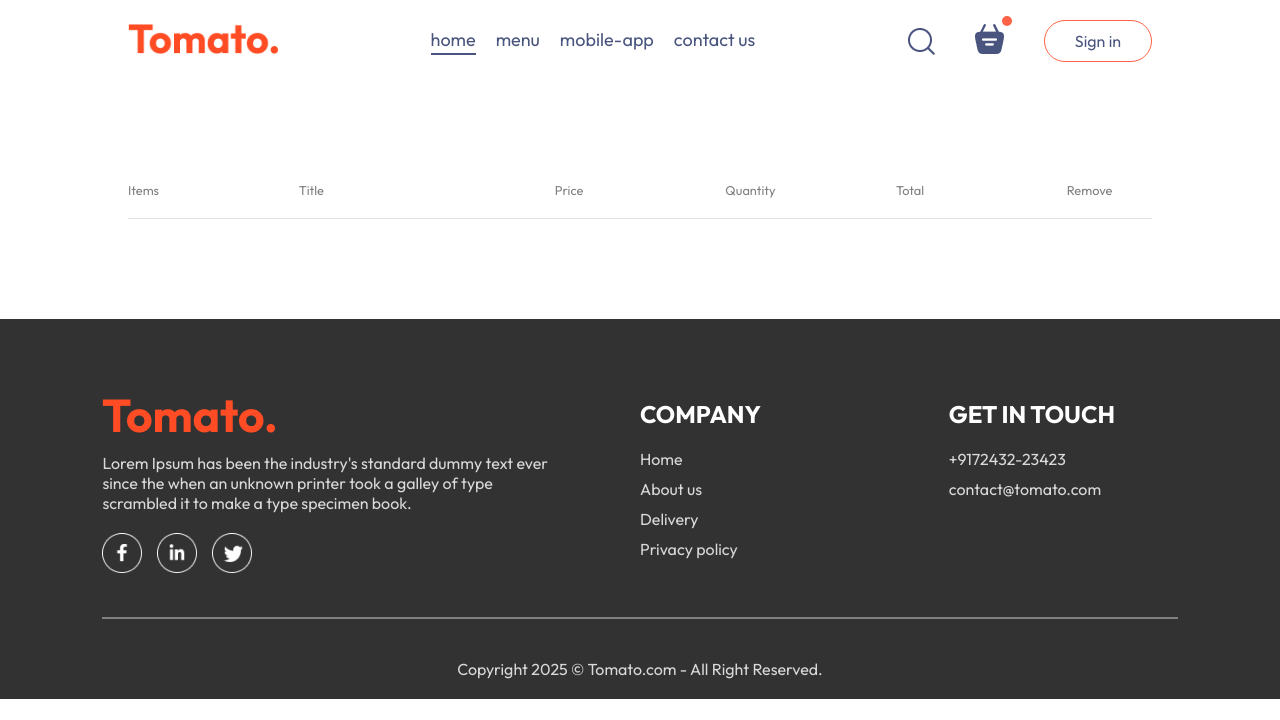
Repository: KartikChouhan03/food-delivery-app
Page: /cart (app in frontend/)
These files come from the project's save history. The page is drawn as it stood at one moment and after the next save; the edit follows.
The browser window is 1280 px wide. The pictures show the whole page.
Some web fonts or font styles are not loaded; a fallback is used. The project was rebuilt for these pictures with package versions that can differ from the ones it lists, and the page was loaded fresh each time. Also part of the build but not shown: frontend/vite.config.js, frontend/src/components/Header/Header.css, frontend/src/components/Header/Header.jsx, frontend/src/components/ExploreMenu/ExploreMenu.css, frontend/src/components/ExploreMenu/ExploreMenu.jsx, frontend/src/components/FoodDisplay/FoodDisplay.css, frontend/src/components/FoodItem/FoodItem.css, frontend/src/components/FoodItem/FoodItem.jsx and 8 more.

Above is the page before, as saved 2025-08-16 12:37:17.

### frontend/index.html
<!doctype html>
<html lang="en">
  <head>
    <meta charset="UTF-8" />
    <link rel="icon" type="image/svg+xml" href="" />
    <meta name="viewport" content="width=device-width, initial-scale=1.0" />
    <title>Foodify</title>
  </head>
  <body>
    <div id="root"></div>
    <script type="module" src="/src/main.jsx"></script>
  </body>
</html>

### frontend/src/main.jsx
import { createRoot } from 'react-dom/client'
import './index.css'
import App from './App.jsx'
import { BrowserRouter} from 'react-router-dom'
import StoreContextProvider from './context/StoreContext.jsx'


createRoot(document.getElementById('root')).render(
  <BrowserRouter>
    <StoreContextProvider>
      <App />
    </StoreContextProvider>
  </BrowserRouter>


)

### frontend/src/index.css

@import url('https://fonts.googleapis.com/css2?family=Montserrat:ital,wght@0,100..900;1,100..900&family=Outfit:wght@100..900&family=Playfair+Display:ital,wght@0,400..900;1,400..900&display=swap');


*{
  padding: 0;
  margin: 0;
  box-sizing: border-box;
  font-family: Outfit;
  scroll-behavior: smooth;
}

body{
  min-height: 100vh;
}

a{
  text-decoration: none;
  color: inherit;
}

.app{
  width: 80%;
  margin: auto;
}

@keyframes fadeIn{
  0%{
    opacity: 0;
  }
  100%{
    opacity: 1;
  }
}

### frontend/src/App.jsx
import React, { useState } from 'react'
import Navbar from './components/Navbar/Navbar'
import { Route, Routes } from 'react-router-dom'
import Home from './pages/Home/Home'
import Cart from './pages/Cart/Cart'
import PlaceOrder from './pages/PlaceOrder/PlaceOrder'
import Footer from './components/Footer/Footer'
import LoginPopup from './components/LoginPopup/LoginPopup'


const App = () => {

  const [showLogin,setShowLogin] = useState(false)


  return (
    <>
    {showLogin?<LoginPopup setShowLogin={setShowLogin}/>:<></>}
      <div className='app'>
        <Navbar setShowLogin={setShowLogin} />
        <Routes>
          <Route path="/" element={<Home />} />
          <Route path="/cart" element={<Cart />} />
          <Route path="/order" element={<PlaceOrder/>} />
        </Routes>
      </div>
      <Footer/>
    </>

  )
}

export default App

### frontend/src/context/StoreContext.jsx
import { createContext, useEffect, useState } from "react";
import { food_list } from "../assets/assets";


export const StoreContext = createContext(null)

const StoreContextProvider = (props) =>{

    const [cartItems, setCartItems] = useState({});

    const addToCart =(itemId)=>{
        if(!cartItems[itemId]){
            setCartItems((prev)=>({...prev,[itemId]:1}))
        }
        else{
            setCartItems((prev)=>({...prev,[itemId]:prev[itemId]+1}))
        }
    }

    const removeFromCart =(itemId) =>{
        setCartItems((prev)=>({...prev,[itemId]:prev[itemId]-1}))
    }

    useEffect(()=>{
        console.log(cartItems);
    },[cartItems])


    const contextValue = {
        food_list,
        cartItems,
        setCartItems,
        addToCart,
        removeFromCart,
    }



    return (
        <StoreContext.Provider value ={contextValue}>
            {props.children}
        </StoreContext.Provider>
    )

}

export default StoreContextProvider;

### frontend/src/components/Navbar/Navbar.jsx
import React, { useState } from 'react'
import './Navbar.css'
import {assets} from '../../assets/assets.js'
import {Link} from 'react-router-dom';

const Navbar = ({setShowLogin}) => {

  const [menu,setMenu] = useState("home");


  return (
    <div className='navbar'>
      <Link to='/'><img className='logo' src={assets.logo} alt="" /></Link>
      <ul className='navbar-menu'>
        <Link to='/' onClick={()=>setMenu("home")} className={menu==="home"?"active":""}>home</Link>
        <a href='#explore-menu' onClick={()=>setMenu("menu")} className={menu==="menu"?"active":""}>menu</a>
        <a href='#app-download' onClick={()=>setMenu("mobile-app")} className={menu==="mobile-app"?"active":""}>mobile-app</a>
        <a href='#footer' onClick={()=>setMenu("contact-us")} className={menu==="contact-us"?"active":""}>contact us</a>
      </ul>
      <div className="navbar-right">
        <img src={assets.search_icon} alt="" />
        <div className='navbar-search-icon'>
          <Link to='/cart'><img src={assets.basket_icon} alt="" /></Link>
          <div className='dot'></div>
        </div>
        <button onClick={()=>setShowLogin(true)}>Sign in</button>
      </div>
    </div>
  )
}

export default Navbar

### frontend/src/pages/Cart/Cart.jsx
import React, { useContext } from 'react'
import './Cart.css'
import { StoreContext } from '../../context/StoreContext'

const Cart = () => {

  const {cartItems, food_list, removeFromCart} = useContext(StoreContext);

  return (
    <div className='cart'>
      <div className="cart-items">
        <div className="cart-items-title">
          <p>Items</p>
          <p>Title</p>
          <p>Price</p>
          <p>Quantity</p>
          <p>Total</p>
          <p>Remove</p>
        </div>
        <br />
        <hr />
        {food_list.map((item,index)=>{
          if(cartItems[item._id]>0){
            return (
              <div>
                <div  className='cart-items-title cart-items-item'>
                  <img src={item.image} alt="" />
                  <p>{item.name}</p>
                  <p>₹{item.price}</p>
                  <p>{cartItems[item._id]}</p>
                  <p>₹{item.price*cartItems[item._id]}</p>
                  <p className='cross' onClick={()=>removeFromCart(item._id)}>x</p>
                </div>
                <hr />
              </div>

            )
          }
        })}
      </div>
    </div>
  )
}

export default Cart

### frontend/src/components/Footer/Footer.jsx
import React from 'react'
import './Footer.css'
import { assets } from '../../assets/assets'

const Footer = () => {
  return (
    <div className='footer' id='footer'>
      <div className="footer-content">
        <div className="footer-content-left">
            <img src={assets.logo} alt="" />
            <p>Lorem Ipsum has been the industry's standard dummy text ever since the when an unknown printer took a galley of type scrambled it to make a type specimen book.</p>
            <div className="footer-social-icons">
                <img src={assets.facebook_icon} alt="" />
                <img src={assets.linkedin_icon} alt="" />
                <img src={assets.twitter_icon} alt="" />
            </div>
        </div>
        <div className='footer-content-center'>
            <h2>COMPANY</h2>
            <ul>
                <li>Home</li>
                <li>About us</li>
                <li>Delivery</li>
                <li>Privacy policy</li>
            </ul>
        </div>
        <div className="footer-content-right">
            <h2>GET IN TOUCH</h2>
            <ul>
                <li>+9172432-23423</li>
                <li>contact@tomato.com</li>
            </ul>
        </div>
      </div>
      <hr />
        <p className='footer-copyright'>Copyright 2025 © Tomato.com - All Right Reserved.</p>
    </div>
  )
}

export default Footer

### frontend/src/assets/assets.js
import basket_icon from './basket_icon.png'
import logo from './logo.png'
import header_img from './header_img.png'
import search_icon from './search_icon.png'
import menu_1 from './menu_1.png'
import menu_2 from './menu_2.png'
import menu_3 from './menu_3.png'
import menu_4 from './menu_4.png'
import menu_5 from './menu_5.png'
import menu_6 from './menu_6.png'
import menu_7 from './menu_7.png'
import menu_8 from './menu_8.png'

import food_1 from './food_1.png'
import food_2 from './food_2.png'
import food_3 from './food_3.png'
import food_4 from './food_4.png'
import food_5 from './food_5.png'
import food_6 from './food_6.png'
import food_7 from './food_7.png'
import food_8 from './food_8.png'
import food_9 from './food_9.png'
import food_10 from './food_10.png'
import food_11 from './food_11.png'
import food_12 from './food_12.png'
import food_13 from './food_13.png'
import food_14 from './food_14.png'
import food_15 from './food_15.png'
import food_16 from './food_16.png'
import food_17 from './food_17.png'
import food_18 from './food_18.png'
import food_19 from './food_19.png'
import food_20 from './food_20.png'
import food_21 from './food_21.png'
import food_22 from './food_22.png'
import food_23 from './food_23.png'
import food_24 from './food_24.png'
import food_25 from './food_25.png'
import food_26 from './food_26.png'
import food_27 from './food_27.png'
import food_28 from './food_28.png'
import food_29 from './food_29.png'
import food_30 from './food_30.png'
import food_31 from './food_31.png'
import food_32 from './food_32.png'

import add_icon_white from './add_icon_white.png'
import add_icon_green from './add_icon_green.png'
import remove_icon_red from './remove_icon_red.png'
import app_store from './app_store.png'
import play_store from './play_store.png'
import linkedin_icon from './linkedin_icon.png'
import facebook_icon from './facebook_icon.png'
import twitter_icon from './twitter_icon.png'
import cross_icon from './cross_icon.png'
import selector_icon from './selector_icon.png'
import rating_starts from './rating_starts.png'
import profile_icon from './profile_icon.png'
import bag_icon from './bag_icon.png'
import logout_icon from './logout_icon.png'
import parcel_icon from './parcel_icon.png'

export const assets = {
    logo,
    basket_icon,
    header_img,
    search_icon,
    rating_starts,
    add_icon_green,
    add_icon_white,
    remove_icon_red,
    app_store,
    play_store,
    linkedin_icon,
    facebook_icon,
    twitter_icon,
    cross_icon,
    selector_icon,
    profile_icon,
    logout_icon,
    bag_icon,
    parcel_icon
}

export const menu_list = [
    {
        menu_name: "Salad",
        menu_image: menu_1
    },
    {
        menu_name: "Rolls",
        menu_image: menu_2
    },
    {
        menu_name: "Deserts",
        menu_image: menu_3
    },
    {
        menu_name: "Sandwich",
        menu_image: menu_4
    },
    {
        menu_name: "Cake",
        menu_image: menu_5
    },
    {
        menu_name: "Pure Veg",
        menu_image: menu_6
    },
    {
        menu_name: "Pasta",
        menu_image: menu_7
    },
    {
        menu_name: "Noodles",
        menu_image: menu_8
    }]

export const food_list = [
    {
        _id: "1",
        name: "Greek salad",
        image: food_1,
        price: 12,
        description: "Food provides essential nutrients for overall health and well-being",
        category: "Salad"
    },
    {
        _id: "2",
        name: "Veg salad",
        image: food_2,
        price: 18,
        description: "Food provides essential nutrients for overall health and well-being",
        category: "Salad"
    }, {
        _id: "3",
        name: "Clover Salad",
        image: food_3,
        price: 16,
        description: "Food provides essential nutrients for overall health and well-being",
        category: "Salad"
    }, {
        _id: "4",
        name: "Chicken Salad",
        image: food_4,
        price: 24,
        description: "Food provides essential nutrients for overall health and well-being",
        category: "Salad"
    }, {
        _id: "5",
        name: "Lasagna Rolls",
        image: food_5,
        price: 14,
        description: "Food provides essential nutrients for overall health and well-being",
        category: "Rolls"
    }, {
        _id: "6",
        name: "Peri Peri Rolls",
        image: food_6,
        price: 12,
        description: "Food provides essential nutrients for overall health and well-being",
        category: "Rolls"
    }, {
        _id: "7",
        name: "Chicken Rolls",
        image: food_7,
        price: 20,
        description: "Food provides essential nutrients for overall health and well-being",
        category: "Rolls"
    }, {
        _id: "8",
        name: "Veg Rolls",
        image: food_8,
        price: 15,
        description: "Food provides essential nutrients for overall health and well-being",
        category: "Rolls"
    }, {
        _id: "9",
        name: "Ripple Ice Cream",
        image: food_9,
        price: 14,
        description: "Food provides essential nutrients for overall health and well-being",
        category: "Deserts"
    }, {
        _id: "10",
        name: "Fruit Ice Cream",
        image: food_10,
        price: 22,
        description: "Food provides essential nutrients for overall health and well-being",
        category: "Deserts"
    }, {
        _id: "11",
        name: "Jar Ice Cream",
        image: food_11,
        price: 10,
        description: "Food provides essential nutrients for overall health and well-being",
        category: "Deserts"
    }, {
        _id: "12",
        name: "Vanilla Ice Cream",
        image: food_12,
        price: 12,
        description: "Food provides essential nutrients for overall health and well-being",
        category: "Deserts"
    },
    {
        _id: "13",
        name: "Chicken Sandwich",
        image: food_13,
        price: 12,
        description: "Food provides essential nutrients for overall health and well-being",
        category: "Sandwich"
    },
    {
        _id: "14",
        name: "Vegan Sandwich",
        image: food_14,
        price: 18,
        description: "Food provides essential nutrients for overall health and well-being",
        category: "Sandwich"
    }, {
        _id: "15",
        name: "Grilled Sandwich",
        image: food_15,
        price: 16,
        description: "Food provides essential nutrients for overall health and well-being",
        category: "Sandwich"
    }, {
        _id: "16",
        name: "Bread Sandwich",
        image: food_16,
        price: 24,
        description: "Food provides essential nutrients for overall health and well-being",
        category: "Sandwich"
    }, {
        _id: "17",
        name: "Cup Cake",
        image: food_17,
        price: 14,
        description: "Food provides essential nutrients for overall health and well-being",
        category: "Cake"
    }, {
        _id: "18",
        name: "Vegan Cake",
        image: food_18,
        price: 12,
        description: "Food provides essential nutrients for overall health and well-being",
        category: "Cake"
    }, {
        _id: "19",
        name: "Butterscotch Cake",
        image: food_19,
        price: 20,
        description: "Food provides essential nutrients for overall health and well-being",
        category: "Cake"
    }, {
        _id: "20",
        name: "Sliced Cake",
        image: food_20,
        price: 15,
        description: "Food provides essential nutrients for overall health and well-being",
        category: "Cake"
    }, {
        _id: "21",
        name: "Garlic Mushroom ",
        image: food_21,
        price: 14,
        description: "Food provides essential nutrients for overall health and well-being",
        category: "Pure Veg"
    }, {
        _id: "22",
        name: "Fried Cauliflower",
        image: food_22,
        price: 22,
        description: "Food provides essential nutrients for overall health and well-being",
        category: "Pure Veg"
    }, {
        _id: "23",
        name: "Mix Veg Pulao",
        image: food_23,
        price: 10,
        description: "Food provides essential nutrients for overall health and well-being",
        category: "Pure Veg"
    }, {
        _id: "24",
        name: "Rice Zucchini",
        image: food_24,
        price: 12,
        description: "Food provides essential nutrients for overall health and well-being",
        category: "Pure Veg"
    },
    {
        _id: "25",
        name: "Cheese Pasta",
        image: food_25,
        price: 12,
        description: "Food provides essential nutrients for overall health and well-being",
        category: "Pasta"
    },
    {
        _id: "26",
        name: "Tomato Pasta",
        image: food_26,
        price: 18,
        description: "Food provides essential nutrients for overall health and well-being",
        category: "Pasta"
    }, {
        _id: "27",
        name: "Creamy Pasta",
        image: food_27,
        price: 16,
        description: "Food provides essential nutrients for overall health and well-being",
        category: "Pasta"
    }, {
        _id: "28",
        name: "Chicken Pasta",
        image: food_28,
        price: 24,
        description: "Food provides essential nutrients for overall health and well-being",
        category: "Pasta"
    }, {
        _id: "29",
        name: "Buttter Noodles",
        image: food_29,
        price: 14,
        description: "Food provides essential nutrients for overall health and well-being",
        category: "Noodles"
    }, {
        _id: "30",
        name: "Veg Noodles",
        image: food_30,
        price: 12,
        description: "Food provides essential nutrients for overall health and well-being",
        category: "Noodles"
    }, {
        _id: "31",
        name: "Somen Noodles",
        image: food_31,
        price: 20,
        description: "Food provides essential nutrients for overall health and well-being",
        category: "Noodles"
    }, {
        _id: "32",
        name: "Cooked Noodles",
        image: food_32,
        price: 15,
        description: "Food provides essential nutrients for overall health and well-being",
        category: "Noodles"
    }
]

### frontend/src/components/Navbar/Navbar.css
.navbar{
    padding: 20px 0px;
    display: flex;
    justify-content: space-between;
    align-items: center;
}

.navbar .logo{
    width: 150px;
}

.navbar-menu{
    display: flex;
    list-style: none;
    gap: 20px;
    color: #49557e;
    font-size: 18px;
}

.navbar-right{
    display: flex;
    align-items: center;
    gap: 40px;
}

.navbar button{
    background: transparent;
    font-size: 16px;
    color: #49557e;
    border: 1px solid tomato;
    padding: 10px 30px;
    border-radius: 50px;
    cursor: pointer;
    transition: 0.4s;
}

.navbar button:hover{
    background-color: #fff4f2;
}

.navbar .active{
    padding-bottom: 2px;
    border-bottom: 2px solid #49557e;
}

.navbar li{
    cursor: pointer;
}

.navbar-search-icon {
    position: relative;
}

.navbar-search-icon .dot{
    position: absolute;
    min-width: 10px;
    min-height: 10px;
    background-color: tomato;
    border-radius:5px ;
    top: -8px;
    right: -8px;
}


@media (max-width: 1050px){
    .navbar .logo{
        width: 140px;
    }
    .navbar-menu{
        gap: 20px;
        font-size: 17px;
    }
    .navbar-right{
        gap: 30px;
    }
    .navbar-right img{
        width: 22px;
    }
    .navbar-right button{
        padding: 8px 25px;
    }
}

@media (max-width: 900px){
    .navbar .logo{
        width: 120px;
    }
    .navbar-menu{
        gap: 15px;
        font-size: 15px;
    }
    .navbar-right{
        gap: 20px;
    }
    .navbar-right img{
        width: 20px;
    }
    .navbar-right button{
        padding: 7px 20px;
        font-size: 15px;
    }
}

@media (max-width: 750px){
    .navbar-menu{
        display: none;
    }
}

### frontend/src/pages/Cart/Cart.css
.cart{
    margin-top: 100px;

}

.cart-items-title{
    display: grid;
    grid-template-columns: 1fr 1.5fr 1fr 1fr 1fr 0.5fr;
    align-items: center;
    color: gray;
    font-size: max(1vw, 12px);
}

.cart-items-item{
    margin: 10px 0px;
    color: black;
}

.cart-items-item img{
    width: 50px;
}

.cart hr{
    height: 1px;
    background-color: #e2e2e2;
    border: none;
}

.cart-items-item .cross{
    cursor: pointer;
}

### frontend/src/components/Footer/Footer.css
.footer{
    color: #d9d9d9;
    background-color: #323232;
    display: flex;
    flex-direction: column;
    align-items: center;
    gap: 20px;
    padding: 20px 8vw;
    padding-top: 80px ;
    margin-top: 100px ;
}

.footer-content{
    width: 100%;
    display: grid;
    grid-template-columns: 2fr 1fr 1fr;
    gap: 80px;
}

.footer-content-left, .footer-content-right, .footer-content-center{
    display: flex;
    flex-direction: column;
    align-items:start ;
    gap: 20px;
}


.footer-content-left li, .footer-content-right li , .footer-content-center li{
    list-style: none;
    margin-bottom: 10px;
    cursor: pointer;
}

.footer-content-right h2, .footer-content-center h2{
    color: white;
}


.footer-social-icons img{
    width: 40px;
    margin-right: 15px;
}

.footer hr{
    width: 100%;
    height: 2px;
    margin: 20px 0px;
    background-color: gray;
    border: none;
}

@media (max-width:750px) {
    .footer-content{
        display: flex;
        flex-direction: column;
        gap: 35px;
    }
    .footer-copyright{
        text-align: center;
    }
}

Loaded but not shown: frontend/src/pages/Home/Home.css (no stored copy; drawn as an empty file)

After the next save:
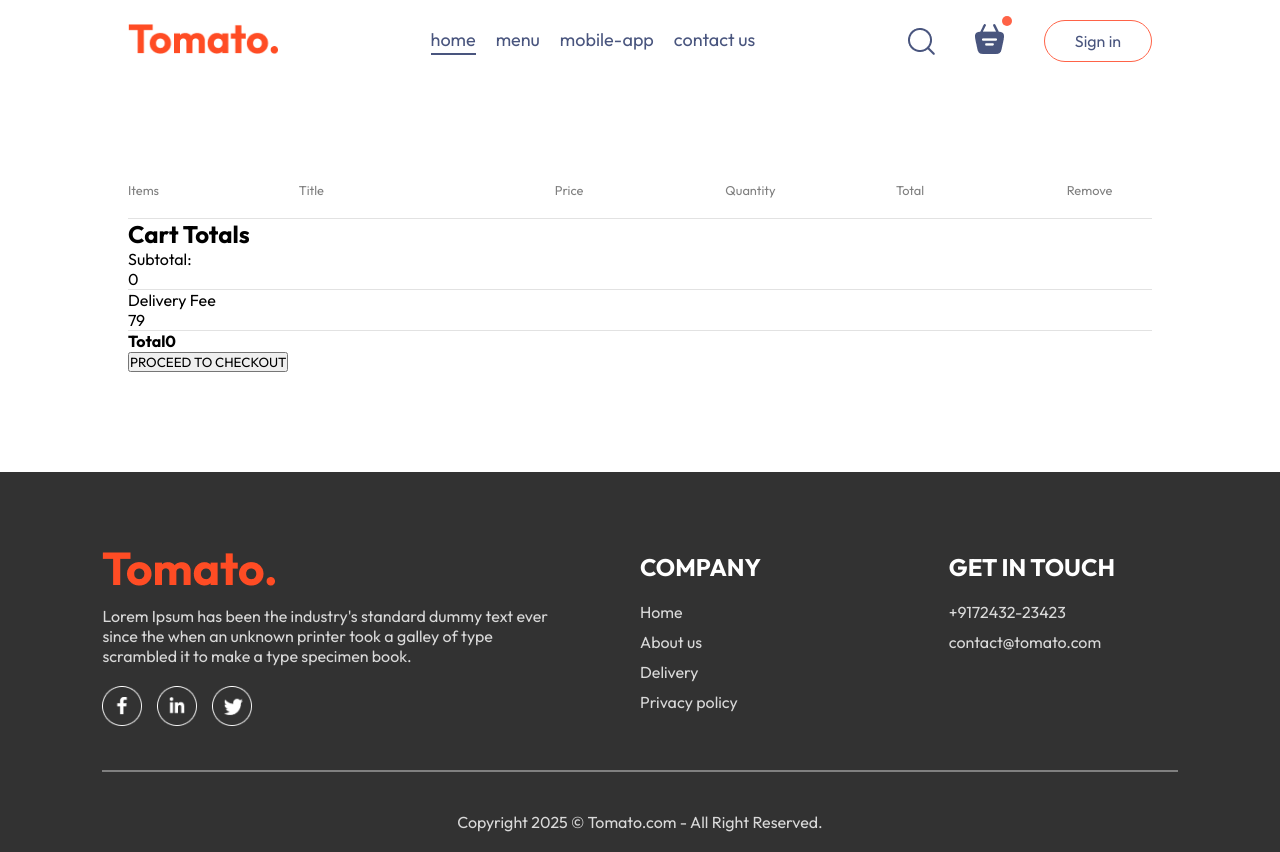
Saved 4 min 5 s later.
--- a/frontend/src/pages/Cart/Cart.jsx
+++ b/frontend/src/pages/Cart/Cart.jsx
@@ -38,6 +38,28 @@ const Cart = () => {
           }
         })}
       </div>
+      <div className='cart-bottom'>
+        <div className='cart-total'>
+          <h2>Cart Totals</h2>
+          <div>
+            <div className="cart-total-details">
+              <p>Subtotal:</p>
+              <p>{0}</p>
+            </div>
+            <hr />
+            <div className="cart-total-details">
+              <p>Delivery Fee</p>
+              <p>{79}</p>
+            </div>
+            <hr />
+            <div className="cart-total-details">
+              <b>Total</b>
+              <b>{0}</b>
+            </div>
+          </div>
+          <button>PROCEED TO CHECKOUT</button>
+        </div>
+      </div>
     </div>
   )
 }
